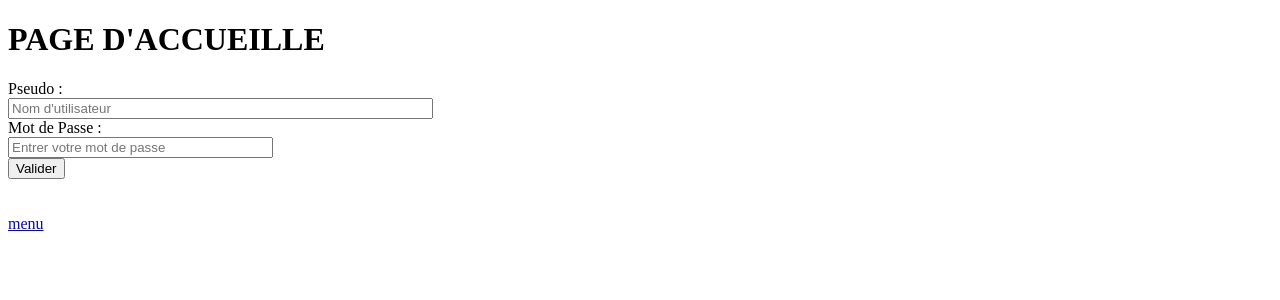
Repository: teddyruppin/GitFormateur
Page: http://localhost/JSP01/web/exercice3.jsp
The author's editor kept a copy of each file at every save. The page is drawn from the files as they stood at one save, then again after the next save.
The browser window is 1280 px wide. The pictures show the whole page.
The page is served by Tomcat 9.

Above is the page before, as saved 2020-01-03 15:39:36.

After the next save:
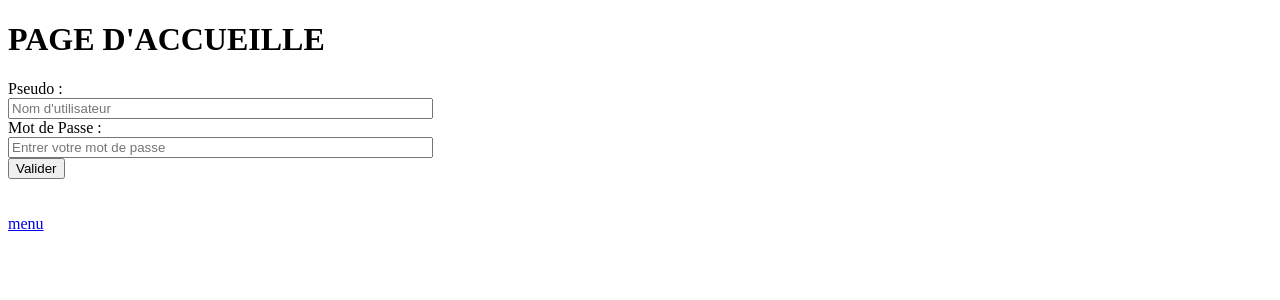
Saved 23 s later.
--- a/src/projpoo1/JSP01/WebContent/web/exercice3.jsp
+++ b/src/projpoo1/JSP01/WebContent/web/exercice3.jsp
@@ -18,9 +18,10 @@
 				<input type="text" class="form-control" size="50"
 					placeholder="Nom d'utilisateur" id="Mdp" name="Mdp" required>
 				</div>
-				<label for="Mdp" class="col-5 col-form-label">Mot de Passe :</label>
+
+				<label for="Mdp" class="col-6 col-form-label">Mot de Passe :</label>
 				<div class="col-7">
-				<input type="password" class="form-control" size="30" placeholder="Entrer votre mot de passe"
+				<input type="password" class="form-control" size="50" placeholder="Entrer votre mot de passe"
 				id="Mdp"
 				name="Mdp" required="required">
 				</div>
